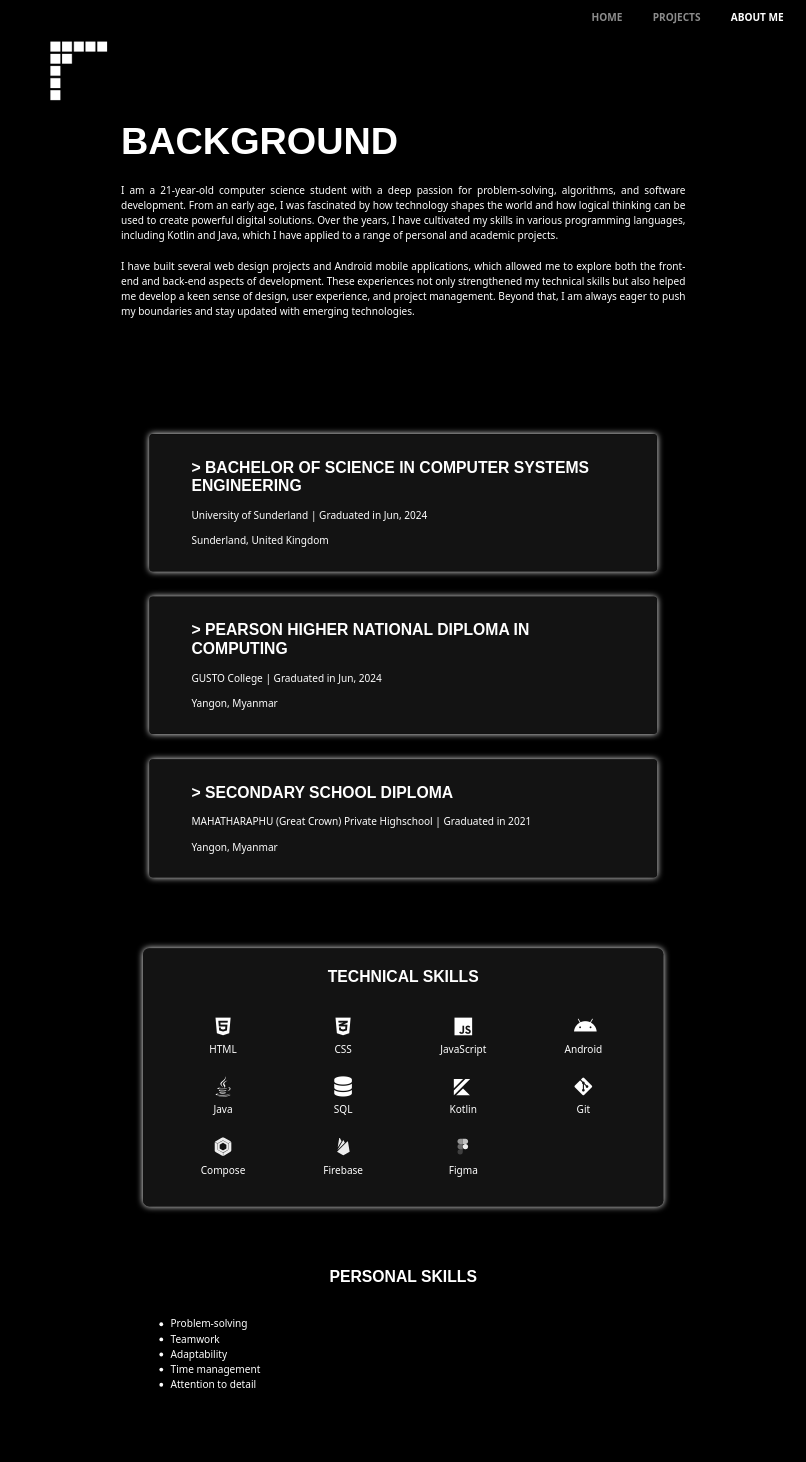
Repository: pyaestk/Portfolio-template
Page: aboutme.html
An editor plug-in stored every save of this project. The page is shown before and after the next save, followed by the edit.
The browser window is 1280 px wide. The pictures show the whole page, at 63% of full size.
Some web fonts or font styles are not loaded; a fallback is used. Some web libraries are served in a nearby version.

Above is the page before, as saved 2025-05-24 12:15:55.
Console error: TypeError: Cannot read properties of null (reading 'addEventListener')

After the next save:
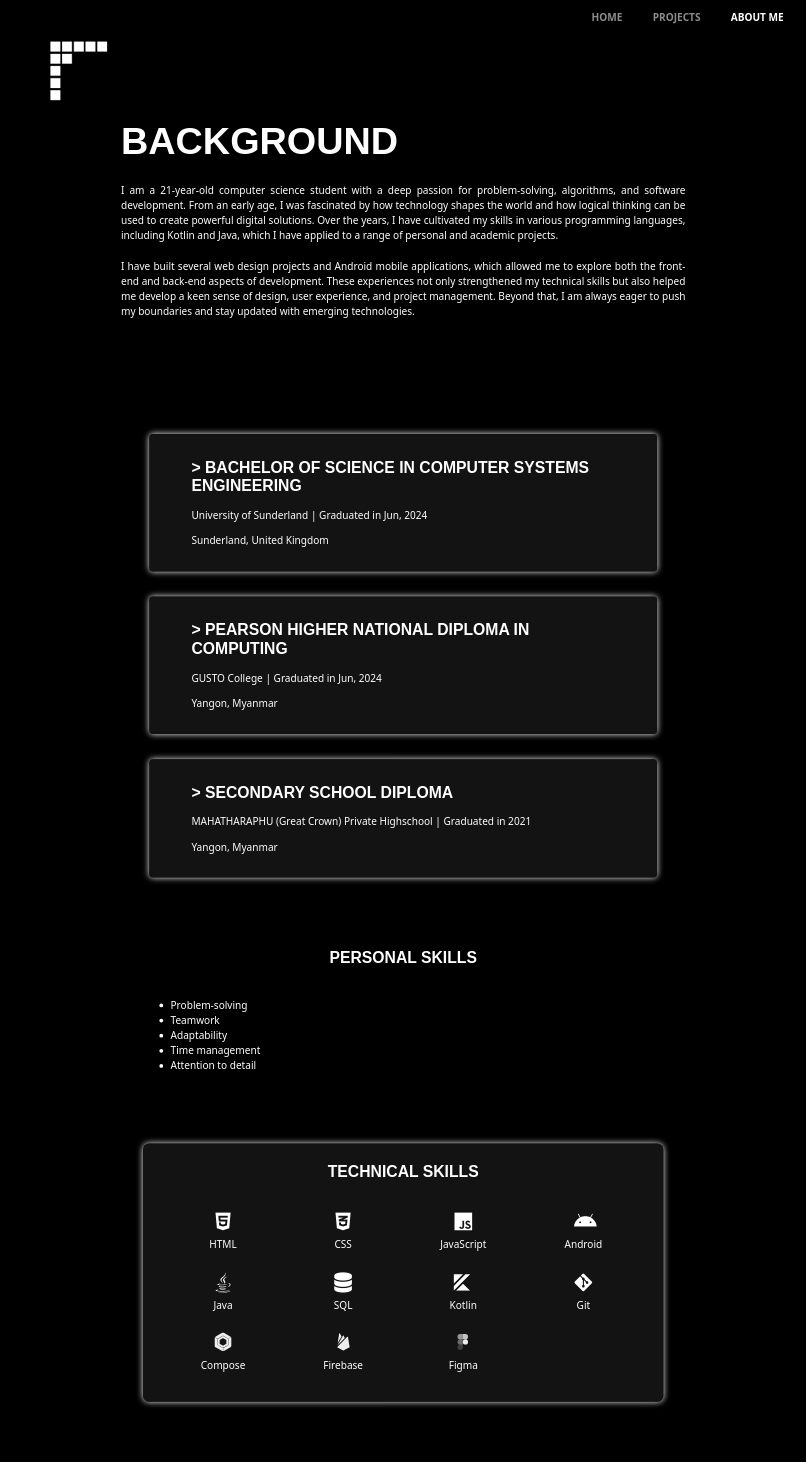
Saved 21 s later.
--- a/aboutme.html
+++ b/aboutme.html
@@ -100,7 +100,25 @@
     </div>
   </div>
 
+
+
   <div class="container-fluid text-white my-5">
+    <div class="row skills-container mx-2">
+      <div class="col-12 col-md-8 mb-5 personal-skills reveal3">
+        <h5 class="mb-5 text-center">PERSONAL SKILLS</h5>
+        <ul>
+          <li>Problem-solving</li>
+          <li>Teamwork</li>
+          <li>Adaptability</li>
+          <li>Time management</li>
+          <li>Attention to detail</li>
+        </ul>
+      </div>
+    </div>
+
+  </div>
+
+    <div class="container-fluid text-white my-5">
     <div class="row skills-container mx-2">
       <div class="col-12 col-md-8 mb-5 technical-skills reveal3">
         <h5 class="mb-5 text-center">TECHNICAL SKILLS</h5>
@@ -171,22 +189,6 @@
     </div>
   </div>
 
-  <div class="container-fluid text-white my-5">
-    <div class="row skills-container mx-2">
-      <div class="col-12 col-md-8 mb-5 personal-skills reveal3">
-        <h5 class="mb-5 text-center">PERSONAL SKILLS</h5>
-        <ul>
-          <li>Problem-solving</li>
-          <li>Teamwork</li>
-          <li>Adaptability</li>
-          <li>Time management</li>
-          <li>Attention to detail</li>
-        </ul>
-      </div>
-    </div>
-
-  </div>
-
   <script src="script.js"></script>
 </body>
 
